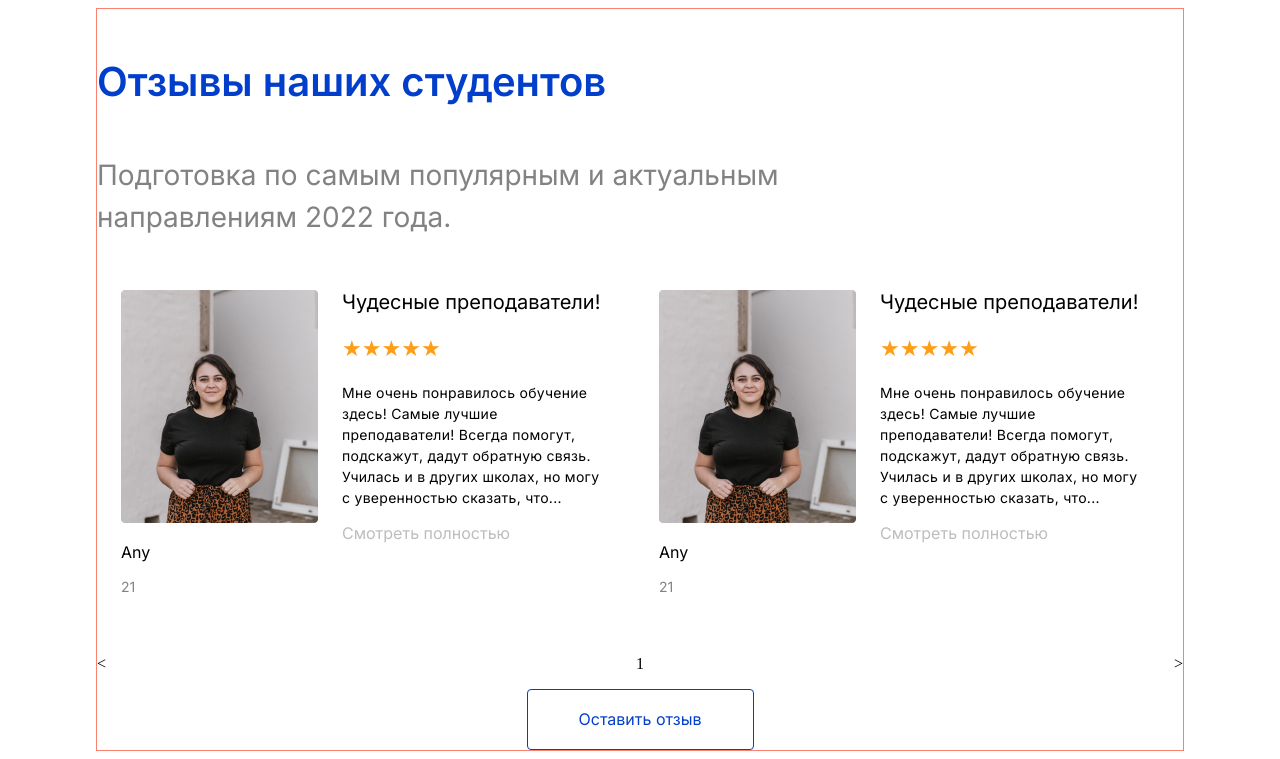
Repository: Malvuna/Studi
Page: index.html
An editor plug-in stored every save of this project. The page is shown before and after a run of saves, followed by the edit.
The browser window is 1280 px wide. The pictures show the whole page.

Above is the page before, as saved 2022-07-11 18:07:10.

### index.html

<!DOCTYPE html>
<html lang="en">
  <head>
    <meta charset="UTF-8" />
    <meta http-equiv="X-UA-Compatible" content="IE=edge" />
    <meta name="viewport" content="width=device-width, initial-scale=1.0" />
    <link rel="stylesheet" href="./css/style.css" />
    <link rel="preconnect" href="https://fonts.googleapis.com">
    <link rel="preconnect" href="https://fonts.gstatic.com" crossorigin>
    <link href="https://fonts.googleapis.com/css2?family=Caveat:wght@400;600;700&family=Inter:wght@400;600;700&display=swap" rel="stylesheet">
  <body>
    <header>
    </header>

    <main>
      <div id="container" class="container">

      <p class="h1">Отзывы наших студентов</p>
      <p class="head">Подготовка по самым популярным и актуальным </br> направлениям 2022 года.</p>
      <div id="divAllCard"> </div>
      <div id="navigator" class="navigator">
        <p class="arrow"><</p>
        <p>1</p>
        <p class="arrow">></p>
      </div>
      <button class="button">Оставить отзыв</button>

    </div>
    </main>


    <footer>

    </footer>

  </body>
  <script type="module" src="./javascript/javascript.js"></script>
</html>

### css/style.css
body {
  background-color: white;
}

.container {
  width: 1086px;
  border: 1px salmon solid;
  text-align: left;
  margin: 0 auto
}

.h1 {
  font-family: "Inter";
  font-style: normal;
  font-weight: 600;
  font-size: 40px;
  line-height: 65px;
  color: #003ecb;
}

.head {
  font-family: "Inter";
  font-style: normal;
  font-weight: 400;
  font-size: 28px;
  line-height: 42px;
  color: #828282;
}

.divAllCard {
  display: flex;
}

.divOneCard {
  width: 490px;
  height: 325px;
  background-color: white;
  display: flex;
  padding: 24px 24px;
}

.textName {
  font-family: "Inter";
  font-style: normal;
  font-weight: 400;
  font-size: 16px;
  line-height: 19px;
  color: #000000;
}

.textAge {
  font-family: "Inter";
  font-style: normal;
  font-weight: 400;
  font-size: 14px;
  line-height: 17px;
  color: #828282;
}

.cardRight {
  padding-left: 24px;
}


.textHead {
  font-family: "Inter";
  font-style: normal;
  font-weight: 500;
  font-size: 20px;
  line-height: 24px;
  color: #000000;
  margin-top: 0;
}

.textStar {
  font-family: "Inter";
  font-style: normal;
  font-weight: 500;
  font-size: 22px;
  line-height: 24px;
  color: #fe9d17;
}

.textText {
  font-family: "Inter";
  font-style: normal;
  font-weight: 400;
  font-size: 14px;
  line-height: 21px;
  letter-spacing: 0.02em;
  color: #000000;
}

.textAll {
  font-family: "Inter";
  font-style: normal;
  font-weight: 400;
  font-size: 16px;
  line-height: 19px;
  color: #bdbdbd;
}

.navigator{
    display: flex;
    justify-content: space-between;
}

.button {
  width: 227px;
  height: 61px;

  background: #ffffff;
  border: 1px solid #003ecb;
  border-radius: 4px;

  font-family: "Inter";
  font-style: normal;
  font-weight: 500;
  font-size: 16px;
  line-height: 45px;
  color: #003ecb;

  margin: 0 auto;
  display: block;
}

### javascript/javascript.js
//Общий контейнер
let container = document.querySelector("#container");

//див с карточками
let divAllCard = document.querySelector("#divAllCard");
divAllCard.className = "divAllCard";

//див одной карточки
let divOneCard = document.createElement("div");
divOneCard.className = "divOneCard";
divAllCard.append(divOneCard);


//карточка левый блок
let cardLeft = document.createElement("div");
divOneCard.append(cardLeft);

let cardImg = document.createElement("img");
cardImg.src = "/img/Photo.jpg"
cardLeft.append(cardImg);

let textName = document.createElement("p");
textName.innerHTML = "Any";
textName.className = "textName";
cardLeft.append(textName);

let textAge = document.createElement("p");
textAge.innerHTML = "21";
textAge.className = "textAge";
cardLeft.append(textAge);

//карточка парвый блок
let cardRight = document.createElement("div");
cardRight.className = "cardRight";
divOneCard.append(cardRight);

let textHead = document.createElement("p");
textHead.innerHTML = "Чудесные преподаватели!";
textHead.className = "textHead";
cardRight.append(textHead);

let textStar = document.createElement("p");
textStar.innerHTML = "★★★★★";
textStar.className = "textStar";
cardRight.append(textStar);

let textText = document.createElement("p");
textText.innerHTML = "Мне очень понравилось  обучение здесь! Самые лучшие преподаватели! Всегда помогут, подскажут, дадут обратную связь. Училась и в других школах, но могу с уверенностью сказать, что...";
textText.className = "textText";
cardRight.append(textText);

let textAll = document.createElement("p");
textAll.innerHTML = "Смотреть полностью";
textAll.className = "textAll";
cardRight.append(textAll);


// вторая карточка
var divTwoCard = divOneCard.cloneNode(true);
divAllCard.append(divTwoCard);

After the next 2 saves:
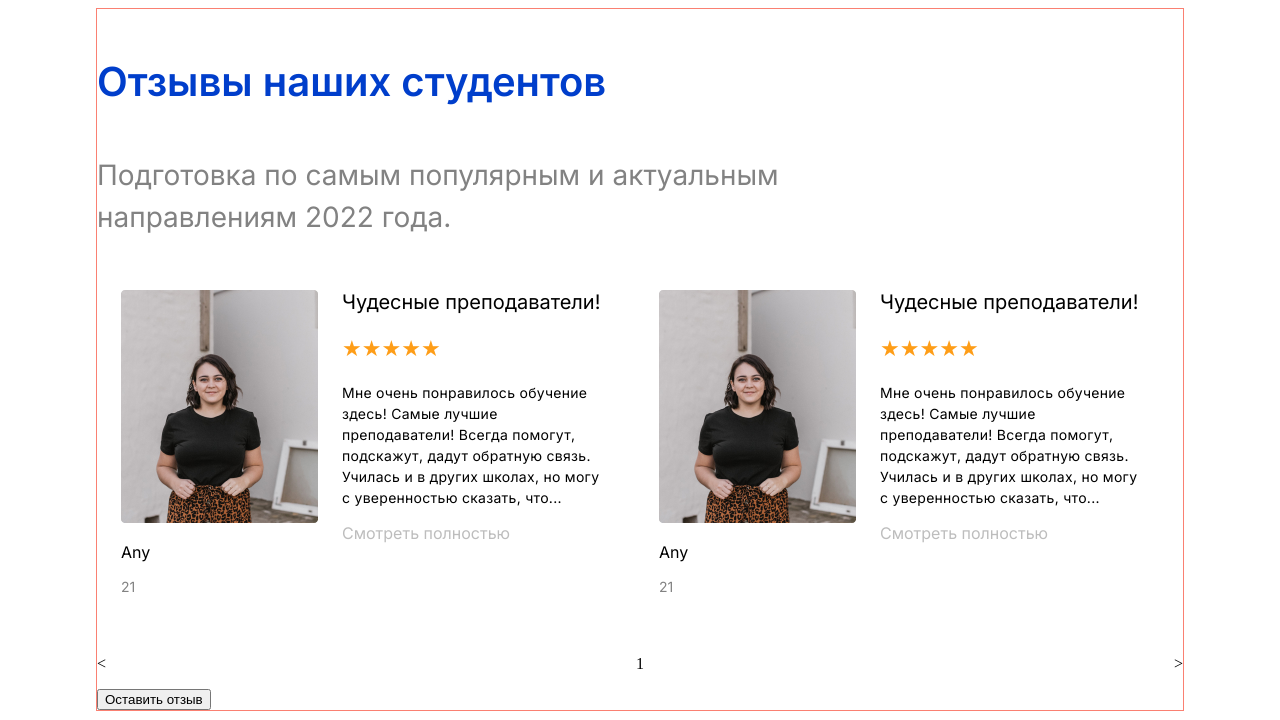
The 2 saves are shown as one change because they came seconds apart.
The last was saved 46 s later.
--- a/css/style.css
+++ b/css/style.css
@@ -105,6 +105,8 @@
     justify-content: space-between;
 }
 
+class="arrow"
+
 .button {
   width: 227px;
   height: 61px;

After the 2 saves that followed:
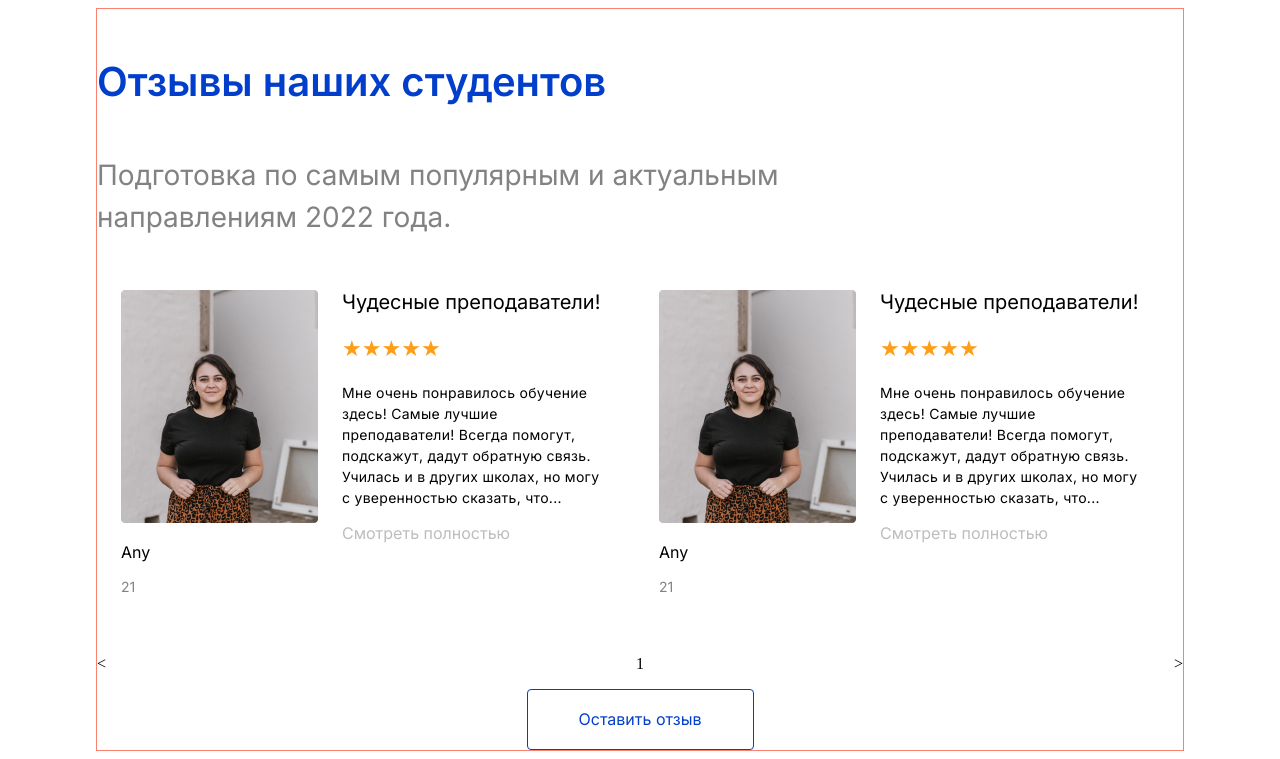
The 2 saves are shown as one change because they came seconds apart.
The last was saved 7 s later.
--- a/css/style.css
+++ b/css/style.css
@@ -105,7 +105,9 @@
     justify-content: space-between;
 }
 
-class="arrow"
+.arrow {
+
+}
 
 .button {
   width: 227px;
